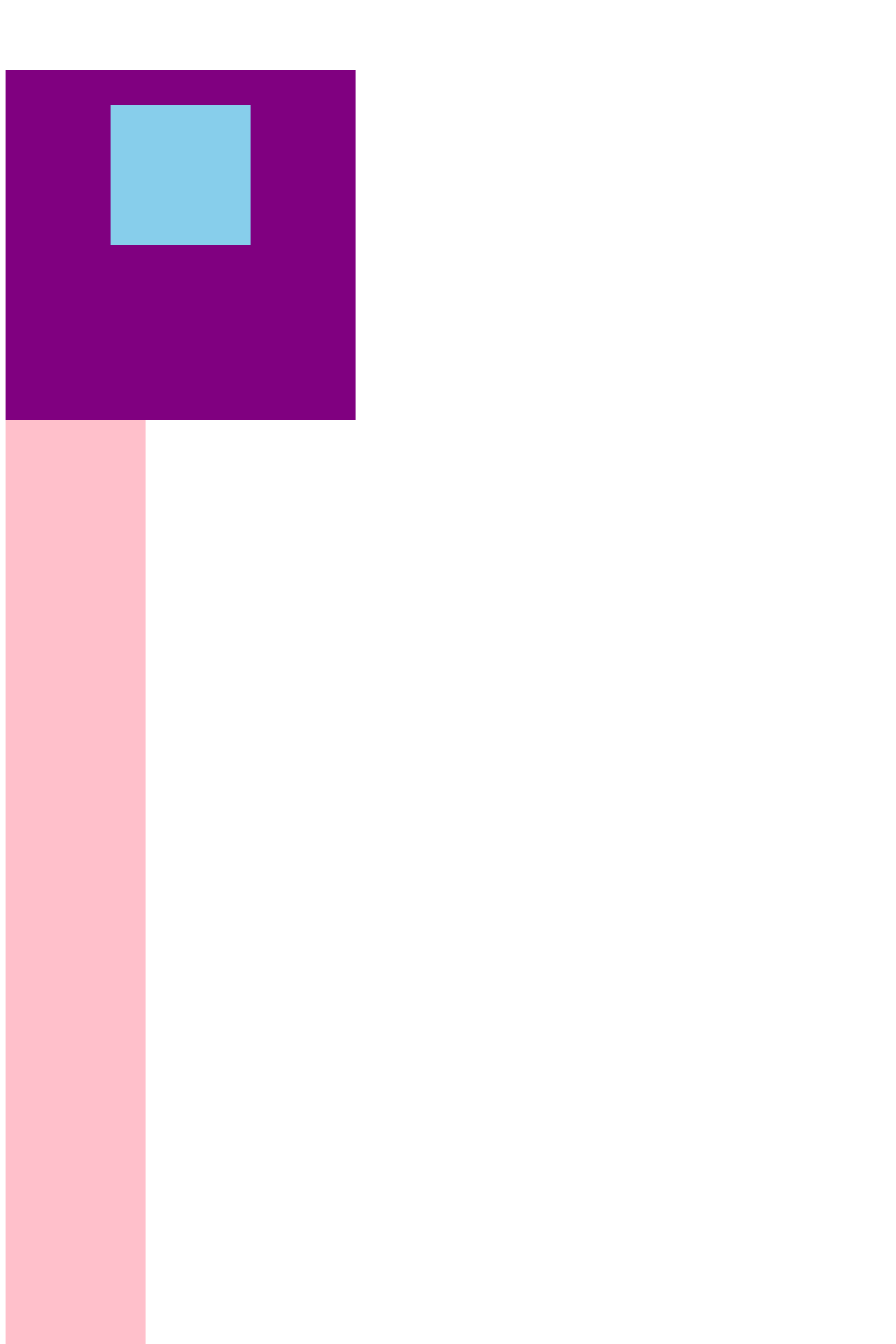
Repository: hminah0215/bitcamp
Page: http://localhost/day0218/exam02/ex16.jsp
An editor plug-in stored every save of this project. The page is shown before and after the next save, followed by the edit.
The browser window is 1280 px wide. The pictures show the part of the page from y = 0 to 1920 px (the page is 2608 px tall before and 2516 px after), at 70% of full size.
The page is served by Tomcat 9.

Above is the page before, as saved 2020-02-18 02:58:03.

### save_eclipse/day0218/WebContent/exam02/ex16.jsp
<%@ page language="java" contentType="text/html; charset=UTF-8"
    pageEncoding="UTF-8"%>
<!DOCTYPE html>
<html>
<head>
<meta charset="UTF-8">
<title>Insert title here</title>
<style type="text/css">
	#parent{width: 500px; height: 500px; background: purple;}

	#child{width: 200px; height: 200px; background: skyblue;
			position: relative; margin: 100px; left: 50px; top: 50px;}

	#other{width: 200px; height: 2000px; background: pink;}
</style>
</head>
<body>
	<div id="parent">
		<div id="child"></div>
	</div>
	<div id="other"></div>
</body>
</html>

After the next save:
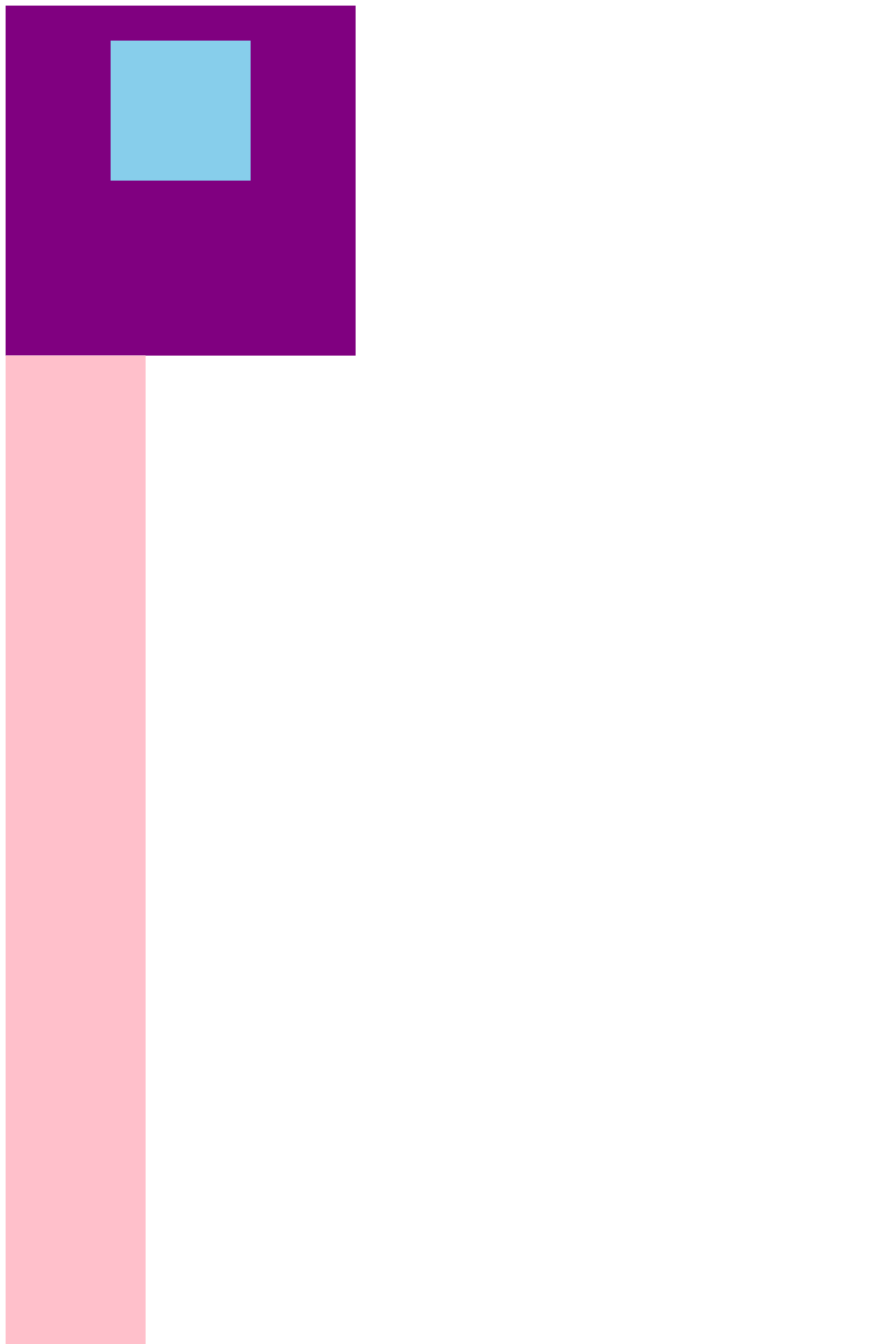
Saved 5 min 56 s later.
--- a/save_eclipse/day0218/WebContent/exam02/ex16.jsp
+++ b/save_eclipse/day0218/WebContent/exam02/ex16.jsp
@@ -9,7 +9,7 @@
 	#parent{width: 500px; height: 500px; background: purple;}
 
 	#child{width: 200px; height: 200px; background: skyblue;
-			position: relative; margin: 100px; left: 50px; top: 50px;}
+			position: relative; margin-left: 100px; left: 50px; top: 50px;}
 
 	#other{width: 200px; height: 2000px; background: pink;}
 </style>

After the save that followed:
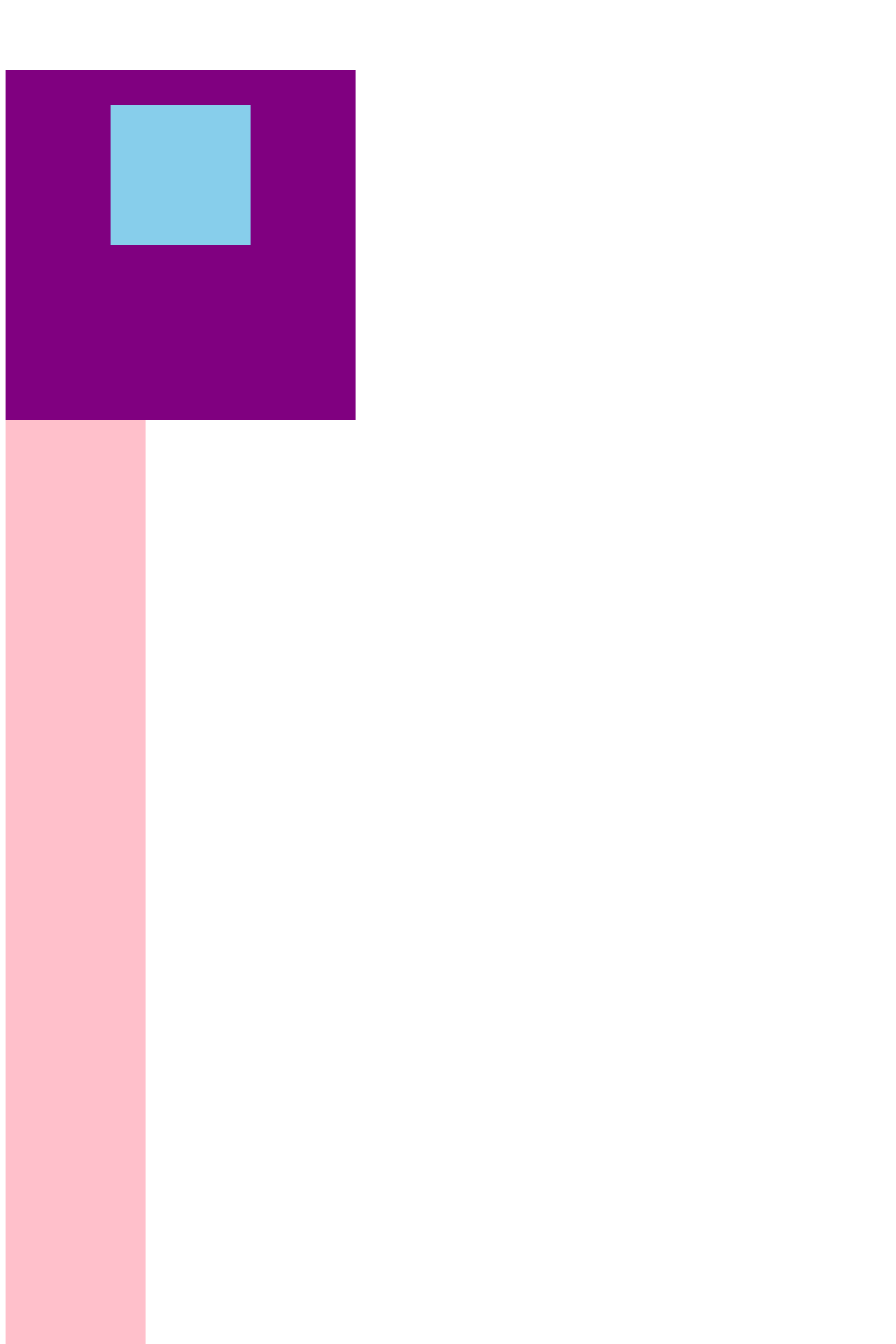
Saved 40 s later.
--- a/save_eclipse/day0218/WebContent/exam02/ex16.jsp
+++ b/save_eclipse/day0218/WebContent/exam02/ex16.jsp
@@ -9,7 +9,7 @@
 	#parent{width: 500px; height: 500px; background: purple;}
 
 	#child{width: 200px; height: 200px; background: skyblue;
-			position: relative; margin-left: 100px; left: 50px; top: 50px;}
+			position: relative; margin-left: 100px; margin-top: 100px; left: 50px; top: 50px;}
 
 	#other{width: 200px; height: 2000px; background: pink;}
 </style>
